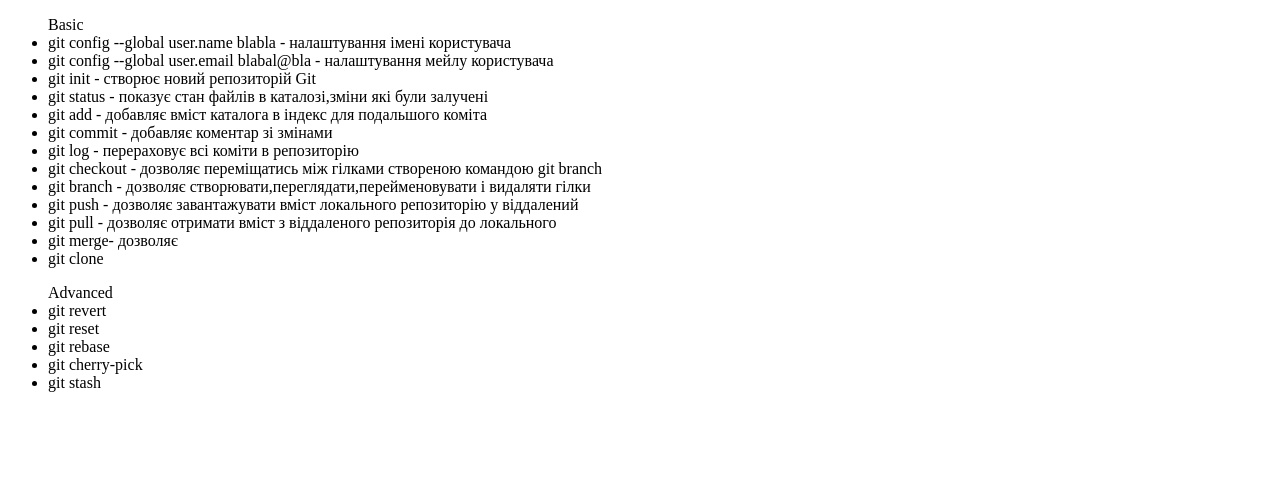
Repository: batonAnton/cursor_homework_anton_batton
Page: index.html
These files come from the project's save history. The page is drawn as it stood at one moment and after the next save; the edit follows.
The browser window is 1280 px wide. The pictures show the whole page.

Above is the page before, as saved 2022-05-26 13:58:59.

After the next save:
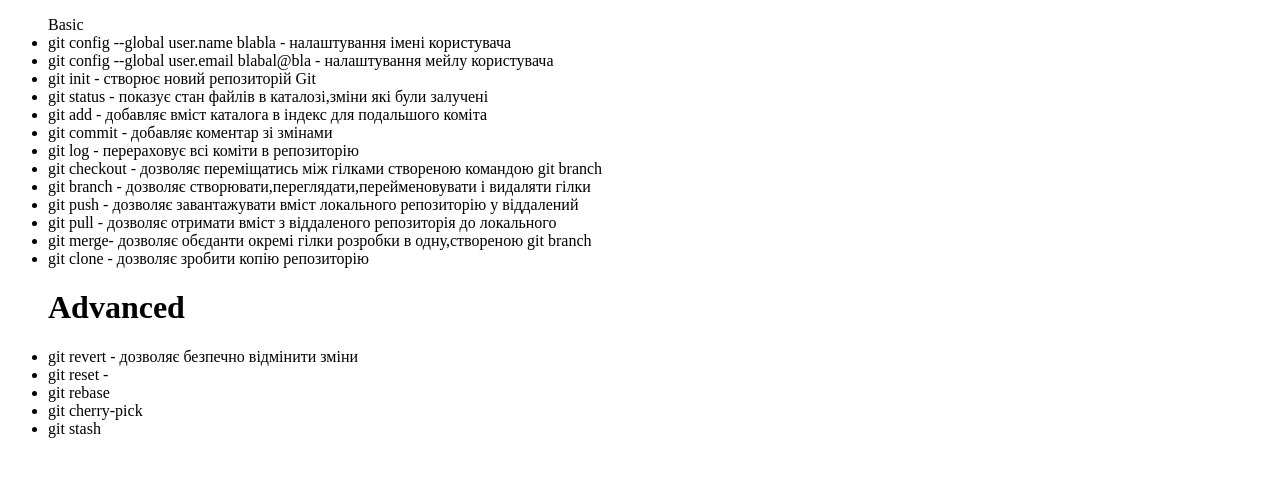
Saved 5 min 6 s later.
--- a/index.html
+++ b/index.html
@@ -21,14 +21,14 @@
         <li>git branch - дозволяє створювати,переглядати,перейменовувати і видаляти гілки</li>
         <li>git push - дозволяє завантажувати вміст локального репозиторію у віддалений</li>
         <li>git pull - дозволяє отримати вміст з віддаленого репозиторія до локального</li>
-        <li> git merge- дозволяє </li>
-        <li> git clone</li>
+        <li> git merge- дозволяє обєданти окремі гілки розробки в одну,створеною git branch</li>
+        <li> git clone - дозволяє зробити копію репозиторію</li>
     </ul>
 
     <ul>
-        Advanced
-        <li>git revert</li>
-        <li>git reset</li>
+       <h1>Advanced</h1>
+        <li>git revert - дозволяє безпечно відмінити зміни</li>
+        <li>git reset - </li>
         <li>git rebase</li>
         <li>git cherry-pick</li>
         <li>git stash</li>
